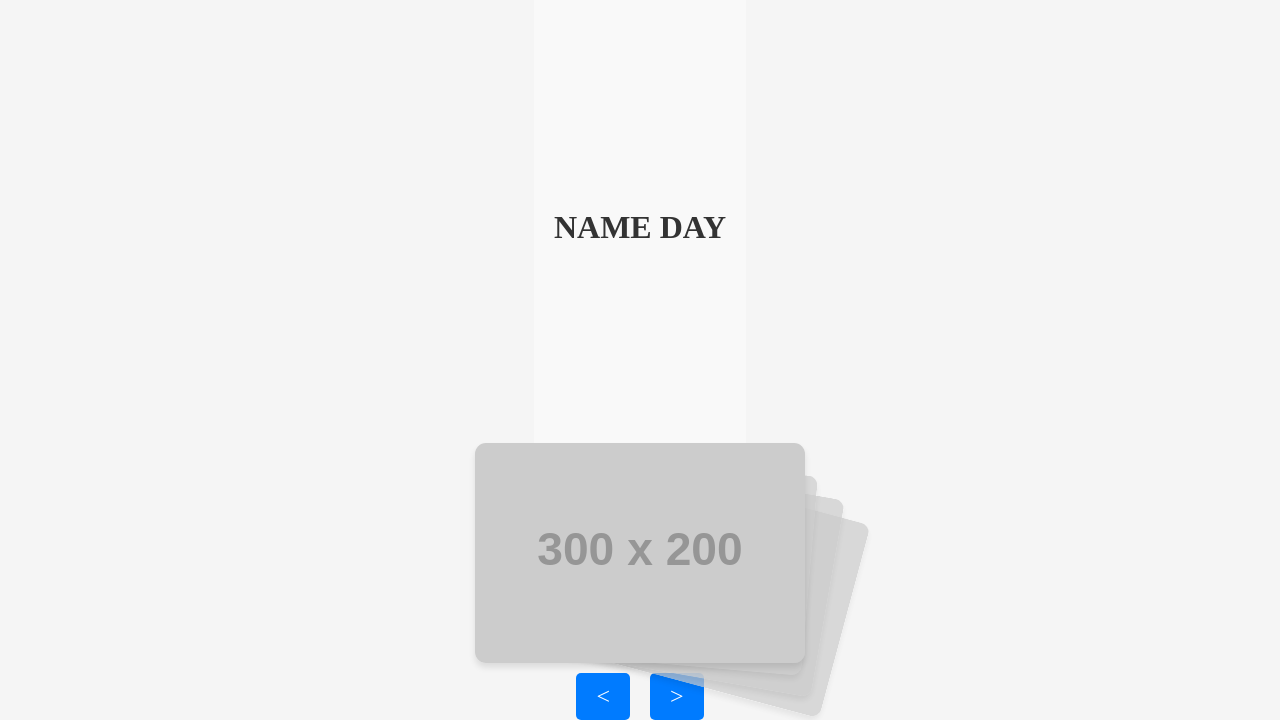
Repository: naps00/BIRTHDAY
Page: /details
The author's editor kept a copy of each file at every save. The page is drawn from the files as they stood at one save, then again after the next save.
The browser window is 1280 px wide. The pictures show the whole page.
The project was rebuilt for these pictures with package versions that can differ from the ones it lists, and the page was loaded fresh each time.

Above is the page before, as saved 2024-12-12 03:52:55.

### src/App.js
import React, { useState } from 'react';
import { BrowserRouter as Router, Route, Routes, Link } from 'react-router-dom';
import './App.css';
import Details from './details.js'; // นำเข้า Details.js

function Home() {
  const [showModal, setShowModal] = useState(false);

  // เมื่อวีดีโอจบ ให้แสดง modal
  const handleVideoEnd = () => {
    setShowModal(true);
  };

  return (
    <div className="App">
      <div className="container">
        <div className="text-section" style={{ flex: 1, display: 'flex', flexDirection: 'column', justifyContent: 'center', alignItems: 'center', textAlign: 'center', height: '100vh', color: 'black', fontSize: 'calc(3vw + 0vh)', fontWeight: 'bold' }}>
          <h2>HAPPY BIRTHDAY !!</h2>
          <p>MY LOVE ♡ </p>
          <img src="https://img2.pic.in.th/pic/fc8c0bdfae313c2ffd700a21b05915d6-removebg-preview.png" alt="Happy Birthday Decoration" style={{width: '200px', height: '200PX' }} />
        </div>

        <div className="video-section">
          <video
            className="video-player"
            controls
            onEnded={handleVideoEnd}
          >
            <source src="https://v1.pinimg.com/videos/mc/720p/3d/2a/3c/3d2a3ca4078af4f14258938781ed5f8e.mp4" type="video/mp4" />
            Your browser does not support the video tag.
          </video>
        </div>
      </div>

      {/* Modal */}
      {showModal && (
        <div className="modal-backdrop">
          <div className="modal-content">
            <h2>Are you ready?</h2>
            {/* เปลี่ยนปุ่ม "ปิด" ให้เป็นลิงค์ไปยังหน้า /details */}
            <Link to="/details">
              <button className="pulse">GO !!</button>
            </Link>
          </div>
        </div>
      )}

      {/* เพิ่มอิโมจิที่วิ้งๆ */}
      <div className="emoji">🌟</div>
      <div className="emoji2">✨</div>
      <div className="emoji3">💕</div>

    </div>
  );
}

function App() {
  return (
    <Router>
      <Routes>
        <Route path="/" element={<Home />} />
        <Route path="/details" element={<Details />} /> {/* เพิ่มเส้นทางสำหรับหน้า /details */}
      </Routes>
    </Router>
  );
}

export default App;

### src/App.css
/* การจัด layout ของแอปพลิเคชัน */
.App {
  background-color: white;
  min-height: 100vh;
  display: flex;
  justify-content: center;
  align-items: center;
}

/* ส่วนที่ใช้จัด layout */
.container {
  display: flex;
  flex-direction: row; /* แบ่งพื้นที่ออกเป็น 2 ส่วน */
  width: 100%;
  height: 100vh;
}

/* ส่วนข้อความ */
.text-section {
  flex: 1;
  display: flex;
  flex-direction: column;
  justify-content: center;
  align-items: center;
  padding: 20px;
  background-color: #f9f9f9;
}

.text-section h1 {
  margin-bottom: 20px;
}

/* ส่วนวีดีโอ */
.video-section {
  flex: 1;
  display: flex;
  justify-content: center;
  align-items: center;
  background-color: #000;
}

.video-player {
  width: 100%; /* ให้วีดีโอเต็มความกว้าง */
  height: 100%; /* ให้วีดีโอเต็มความสูง */
  object-fit: cover; /* ปรับวีดีโอให้เต็มพื้นที่โดยไม่เสียสัดส่วน */

/* การแสดง modal */
}
.modal-backdrop {
  position: fixed;
  top: 0;
  left: 0;
  width: 100%;
  height: 100%;
  background: rgba(0, 0, 0, 0.7);
  display: flex;
  justify-content: center;
  align-items: center;
  z-index: 100; /* ทำให้ modal อยู่เหนือสิ่งอื่น */
  animation: fadeInPop 0.5s ease-out;
}

/* เพิ่ม z-index ให้ modal-content */
.modal-content {
  background: white;
  padding: 20px;
  border-radius: 10px;
  text-align: center;
  box-shadow: 0 2px 10px rgba(0, 0, 0, 0.3);
  animation: slideUp 0.3s ease-out;
  z-index: 101; /* ทำให้เนื้อหาของ modal อยู่เหนือ backdrop */
}

/* การแอนิเมชัน fade-in และ pop-up สำหรับ modal backdrop */
@keyframes fadeInPop {
  0% {
    opacity: 0;
    transform: scale(0.8);
  }
  100% {
    opacity: 1;
    transform: scale(1);
  }
}

body {
  font-family: 'Coiny', cursive;
  margin: 0;
  padding: 0;
  box-sizing: border-box;
  background-color: #fef9ef;
  color: #333;
}

h1, h2, p {
  font-family: 'Coiny', cursive; /* ฟอนต์ใหม่สำหรับข้อความ */
}

button {
  font-family: 'Coiny', cursive;
  font-size: 1.2rem;
  background-color: #ff6f61;
  color: #fff;
  padding: 10px 20px;
  border: none;
  border-radius: 8px;
  cursor: pointer;
  transition: background-color 0.3s ease, transform 0.3s ease;
}

button:hover {
  background-color: #ff3d3d;
  transform: scale(1.1);
}

/* การแอนิเมชัน slide-up สำหรับ modal content */
@keyframes slideUp {
  0% {
    transform: translateY(20px);
    opacity: 0;
  }
  100% {
    transform: translateY(0);
    opacity: 1;
  }
}

.modal-content h2 {
  margin-bottom: 20px;
}

.modal-content button {
  padding: 10px 20px;
  background-color: #007bff;
  color: white;
  border: none;
  border-radius: 5px;
  cursor: pointer;
  transition: transform 0.3s ease, background-color 0.3s ease;
}

/* เอฟเฟกต์เมื่อ hover ปุ่ม */
.modal-content button:hover {
  background-color: #0056b3;
  transform: scale(1.1); /* ขยายขนาดปุ่มเมื่อ hover */
}

/* เอฟเฟกต์การเต้นของปุ่ม */
@keyframes pulse {
  0% {
    transform: scale(1);
    opacity: 1;
  }
  50% {
    transform: scale(1.1);
    opacity: 0.8;
  }
  100% {
    transform: scale(1);
    opacity: 1;
  }
}

.pulse {
  animation: pulse 1.5s infinite;
}

/* อิโมจิวิ้งๆ */
.emoji {
  position: fixed;
  top: 30%;
  right: 50%;
  font-size: 30px;
  animation: smoothBounce 1.4s infinite;
  z-index: 50; /* ทำให้ไอคอนอิโมจิอยู่ใต้ modal */
}
.emoji2 {
  position: fixed;
  top: 18%;
  right: 97%;
  font-size: 30px;
  animation: smoothBounce 1.5s infinite;
  z-index: 50; /* ทำให้ไอคอนอิโมจิอยู่ใต้ modal */
}
.emoji3 {
  position: fixed;
  top: 63%;
  right: 65%;
  font-size: 50px;
  animation: smoothBounce 3s infinite;
  z-index: 50; /* ทำให้ไอคอนอิโมจิอยู่ใต้ modal */
}
/* การกระพิบ */
/* @keyframes fadeInOut {
  0%, 100% {
    opacity: 0;
  }
  50% {
    opacity: 1;
  }
}

.fade {
  animation: fadeInOut 1s infinite;
} */

/* การแอนิเมชันวิ้ง */
@keyframes smoothBounce {
  0%, 100% {
    transform: translateY(0);
    opacity: 1;
  }
  25% {
    transform: translateY(-1px);
    opacity: 1;
  }
  50% {
    transform: translateY(-1px);
    opacity: 1;
  }
  75% {
    transform: translateY(5px);
    opacity: 1;
  }
}


/* การแอนิเมชัน zoom-in */
@keyframes zoomIn {
  0% {
    transform: scale(0.8);
    opacity: 0;
  }
  100% {
    transform: scale(1);
    opacity: 1;
  }
}

.zoom-in {
  animation: zoomIn 0.4s ease-out;
}

/* เอฟเฟกต์ fade-in สำหรับเนื้อหาที่โหลด */
.fade-in {
  opacity: 0;
  animation: fadeIn 1s forwards;
}

@keyframes fadeIn {
  from {
    opacity: 0;
  }
  to {
    opacity: 1;
  }
}

### src/details.js
import React, { useState } from 'react';
import './details.css'; // เพิ่มสไตล์สำหรับ Card Stack

function Details() {
  const [currentIndex, setCurrentIndex] = useState(0);

  const images = [
    'https://via.placeholder.com/300x200?text=Image+1',
    'https://via.placeholder.com/300x200?text=Image+2',
    'https://via.placeholder.com/300x200?text=Image+3',
    'https://via.placeholder.com/300x200?text=Image+4'
  ];

  const handleNext = () => {
    setCurrentIndex((currentIndex + 1) % images.length);
  };

  const handlePrev = () => {
    setCurrentIndex((currentIndex - 1 + images.length) % images.length);
  };

  return (

    <div className="details-page">
      <div className="text-section">
        <h1>NAME DAY</h1>
      </div>

      <div className="card-stack">
        {images.map((src, index) => {
          const isActive = index === currentIndex;
          const zIndex = images.length - Math.abs(currentIndex - index); // ลำดับของการซ้อน
          const offsetX = (index - currentIndex) * 20; // ความเหลื่อมในแกน X
          const offsetY = (index - currentIndex) * 10; // ความเหลื่อมในแกน Y
          const rotation = (index - currentIndex) * 5; // หมุนเล็กน้อย

          return (
            <img
              key={index}
              src={src}
              alt={`Slide ${index + 1}`}
              className={`card ${isActive ? 'active' : ''}`}
              style={{
                zIndex: zIndex,
                transform: `translate(${offsetX}px, ${offsetY}px) rotate(${rotation}deg) scale(${isActive ? 1.1 : 1})`,
                position: 'absolute',
                left: '50%',
                top: '50%',
                transformOrigin: 'center',
                marginLeft: '-150px', // ครึ่งหนึ่งของความกว้าง
                marginTop: '-100px', // ครึ่งหนึ่งของความสูง
              }}
            />
          );
        })}
      </div>

      <div className="controls">
        <button onClick={handlePrev}>&lt;</button>
        <button onClick={handleNext}>&gt;</button>
      </div>
    </div>
  );
}

export default Details;

### src/details.css
.details-page {
  display: flex;
  flex-direction: column;
  align-items: center;
  justify-content: center;
  height: 100vh;
  background-color: #f5f5f5;
}

.text-section h1 {
  font-size: 2rem;
  margin-bottom: 20px;
}

.card-stack {
  position: relative;
  width: 300px;
  height: 200px;
}

.card {
  width: 300px;
  height: 200px;
  border-radius: 10px;
  box-shadow: 0 4px 6px rgba(0, 0, 0, 0.1);
  transition: transform 0.3s ease, opacity 0.3s ease;
  opacity: 0.7; /* ทำให้ภาพที่ไม่ active โปร่งแสง */
}

.card.active {
  opacity: 1; /* ทำให้ภาพ active ชัดเจน */
}

.controls {
  margin-top: 20px;
}

.controls button {
  font-size: 1.5rem;
  margin: 0 10px;
  padding: 10px 20px;
  border: none;
  background-color: #007bff;
  color: white;
  border-radius: 5px;
  cursor: pointer;
  transition: background-color 0.2s;
}

.controls button:hover {
  background-color: #0056b3;
}

Loaded but not shown: public/index.html (common file); src/index.js (common file); src/index.css (common file); src/reportWebVitals.js (common file)

After the next save:
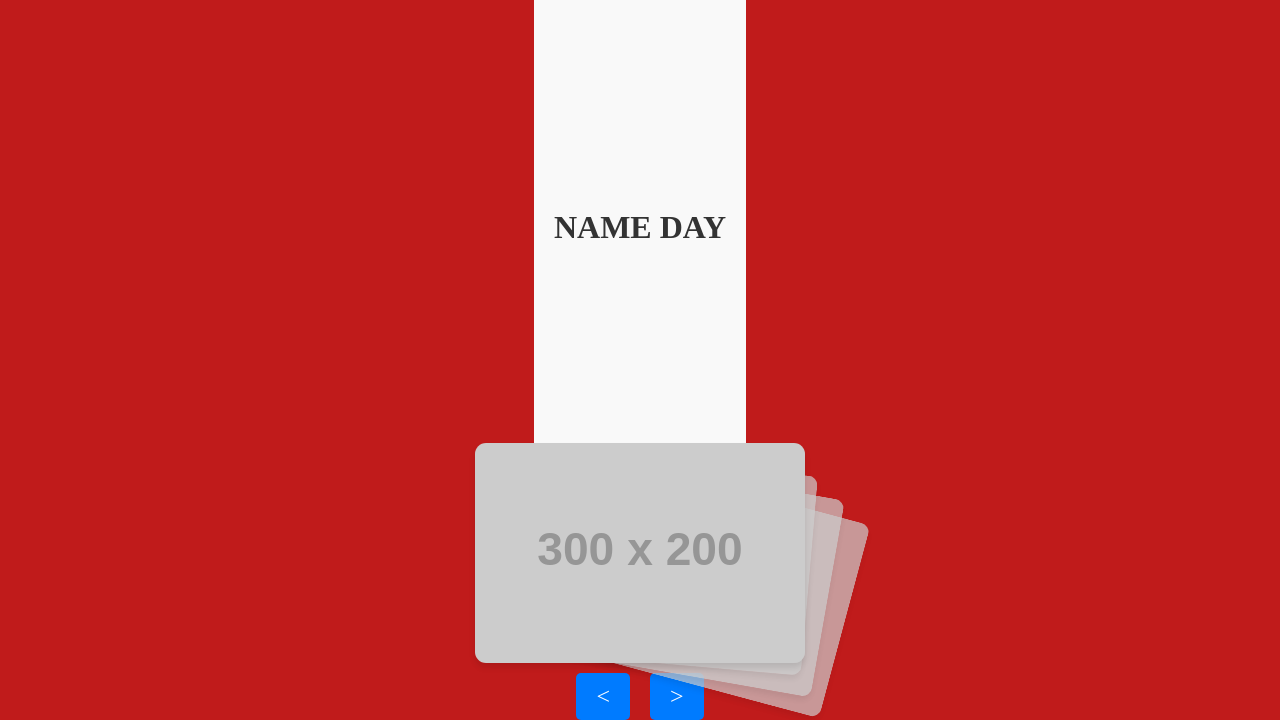
Saved 23 s later.
--- a/src/details.css
+++ b/src/details.css
@@ -4,7 +4,7 @@
   align-items: center;
   justify-content: center;
   height: 100vh;
-  background-color: #f5f5f5;
+  background-color: #c01b1b;
 }
 
 .text-section h1 {
